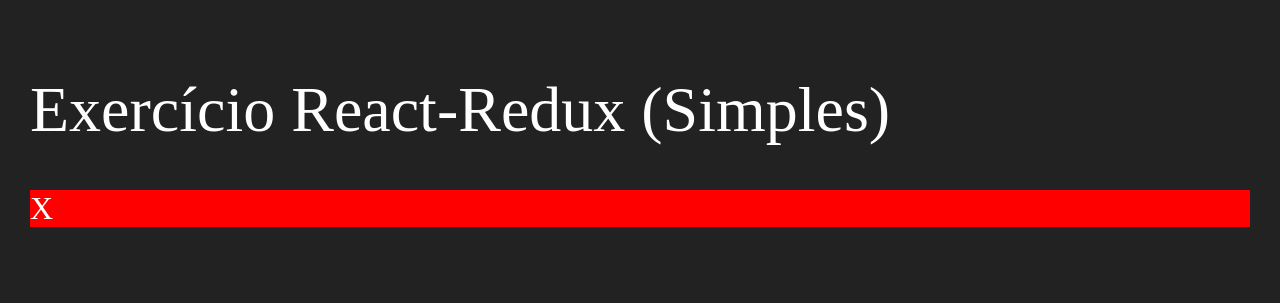
Repository: eversonps/redux-simples
Page: /
The author's editor kept a copy of each file at every save. The page is drawn from the files as they stood at one save, then again after the next save.
The browser window is 1280 px wide. The pictures show the whole page.
The project was rebuilt for these pictures with package versions that can differ from the ones it lists, and the page was loaded fresh each time.

Above is the page before, as saved 2022-03-10 17:40:14.

After the next save:
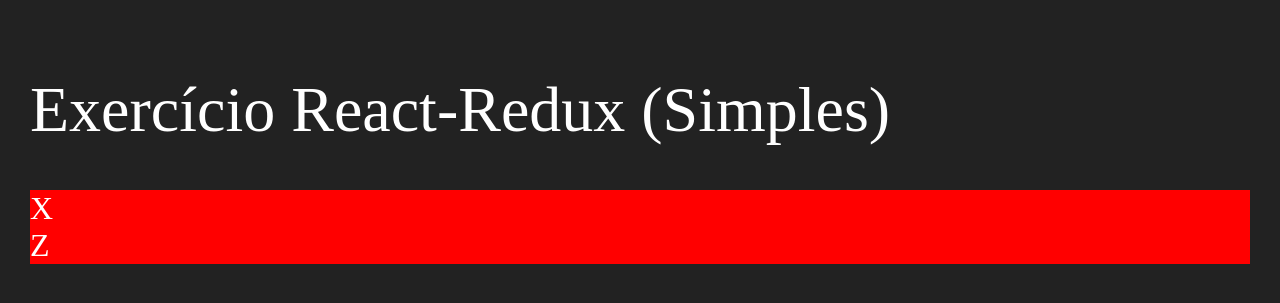
Saved 7 s later.
--- a/src/App.js
+++ b/src/App.js
@@ -8,7 +8,9 @@ function App() {
       <div className='linha'>
         <Card>X</Card>
       </div>
-      <div className='linha'></div>
+      <div className='linha'>
+        <Card>Z</Card>
+      </div>
     </div>
   );
 }
